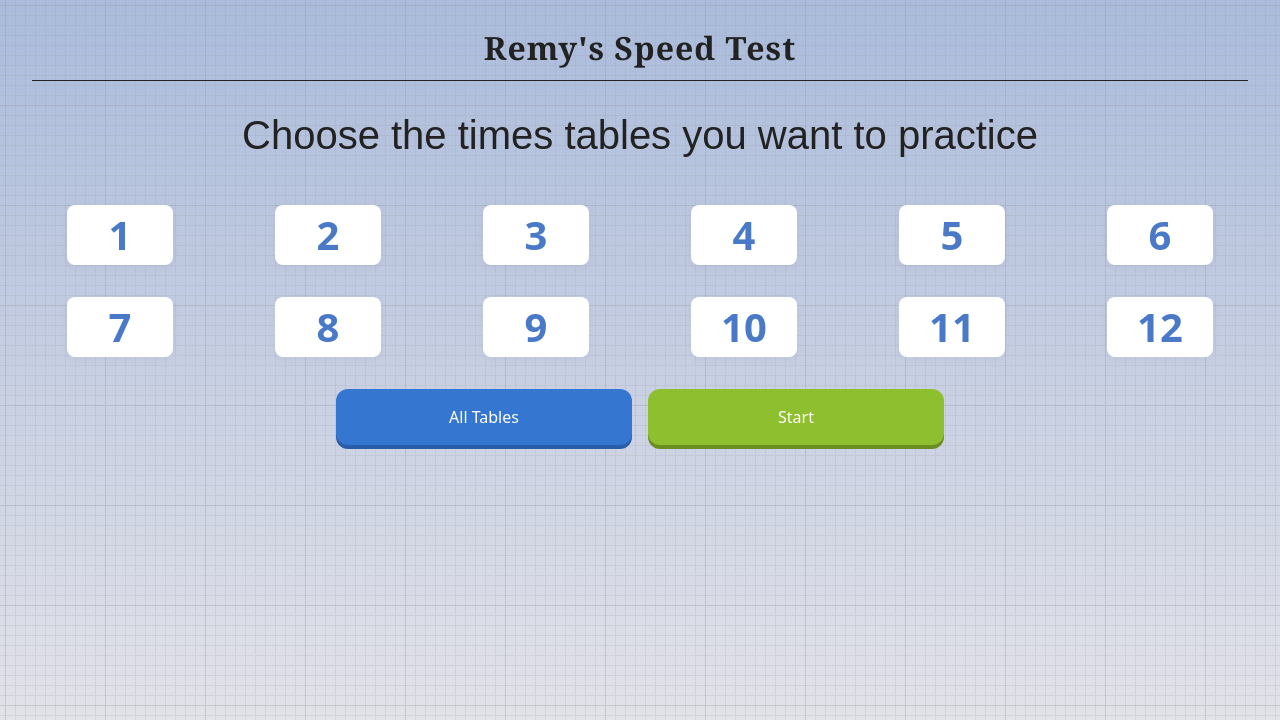
Repository: Chinurum-Omenuko/remys-speed-test
Page: / (app in app/)
These files come from the project's save history. The page is drawn as it stood at one moment and after the next save; the edit follows.
The browser window is 1280 px wide. The pictures show the whole page.
The project was rebuilt for these pictures with package versions that can differ from the ones it lists, and the page was loaded fresh each time. The framework's server and built-in components were replaced by stand-ins that run in the browser. Also part of the build but not shown: app/svelte.config.js, app/vite.config.ts.

Above is the page before, as saved 2025-11-17 20:52:50.

After the next save:
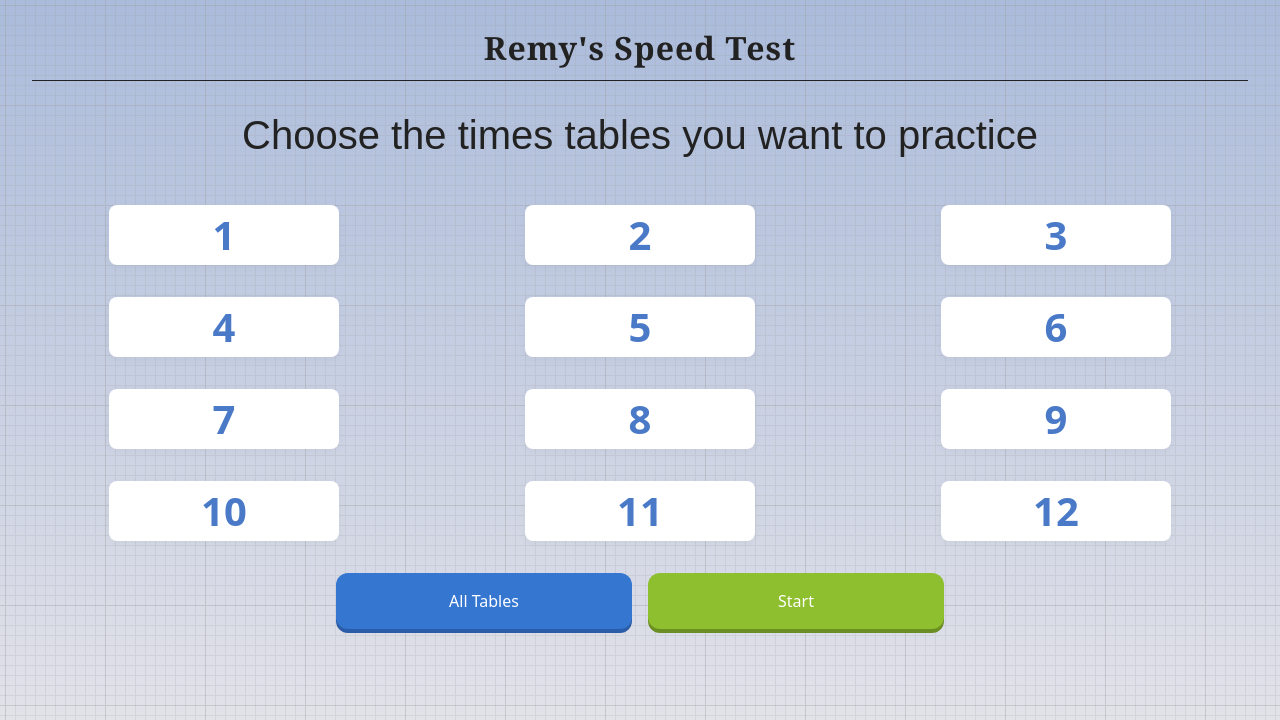
Saved 68 s later.
--- a/app/src/routes/+page.svelte
+++ b/app/src/routes/+page.svelte
@@ -221,7 +221,7 @@
 	}
 	@media (min-width: 640px) {
 		.tables-grid {
-
+			grid-template-columns: repeat(3, 1fr);
 		}
 		.table-btn {
 
